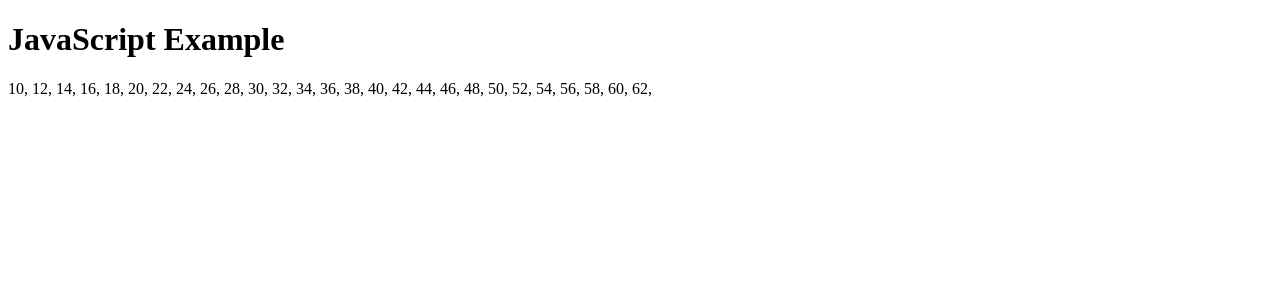
Repository: aaikinsm/FDM-Programs
Page: HTMLExample/WebContent/jsample.html
An editor plug-in stored every save of this project. The page is shown before and after the next save, followed by the edit.
The browser window is 1280 px wide. The pictures show the whole page.

Above is the page before, as saved 2017-05-17 14:10:55.

After the next save:
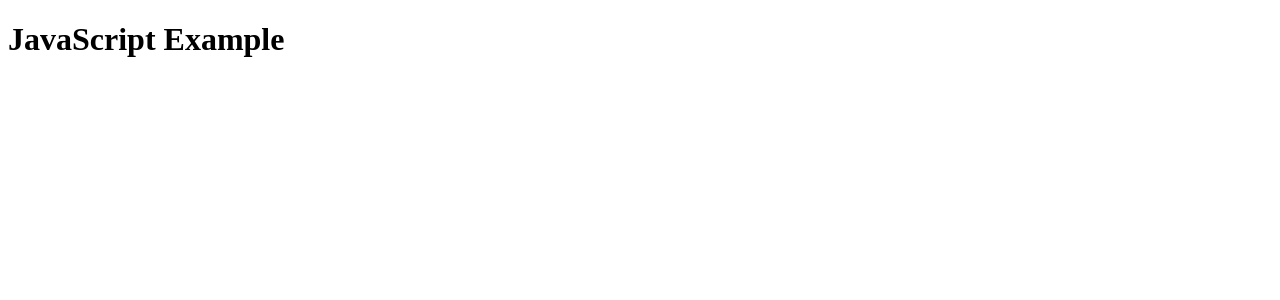
Console error: ReferenceError: printEvenNumber is not defined
Saved 8 s later.
--- a/HTMLExample/WebContent/jsample.html
+++ b/HTMLExample/WebContent/jsample.html
@@ -8,7 +8,7 @@
 	<body>
 		<h1>JavaScript Example</h1>
 		<script type="text/javascript">
-			printEvenNumbers(10, 64);
+			printEvenNumber(10, 64);
 		</script>
 	</body>
 </html>

After the 2 saves that followed:
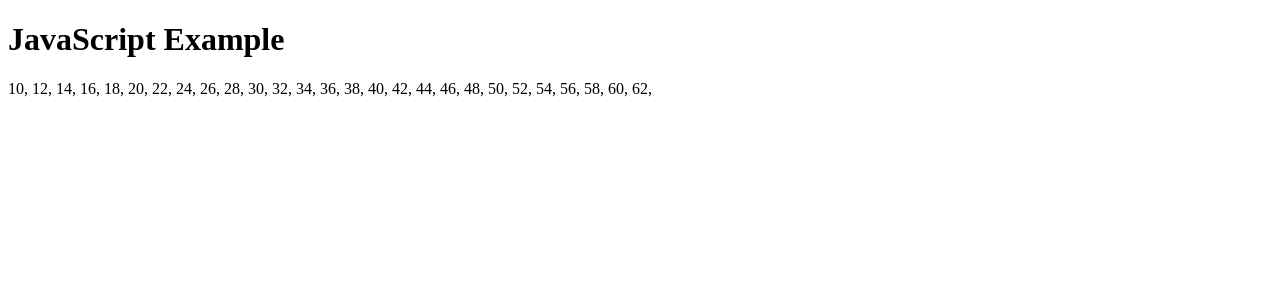
Console error: TypeError: console.lod is not a function
The 2 saves are shown as one change because 1 left the picture as it was.
The last was saved 6 min 58 s later.
--- a/HTMLExample/WebContent/jsample.html
+++ b/HTMLExample/WebContent/jsample.html
@@ -8,7 +8,7 @@
 	<body>
 		<h1>JavaScript Example</h1>
 		<script type="text/javascript">
-			printEvenNumber(10, 64);
+			printEvenNumbers(10, 64);
 		</script>
 	</body>
 </html>
--- a/HTMLExample/WebContent/resources/js/myJavaScript.js
+++ b/HTMLExample/WebContent/resources/js/myJavaScript.js
@@ -6,4 +6,5 @@ function printEvenNumbers(min,max){
 		}
 	}
 	document.write(text);
+	console.lod("finished");
 }
